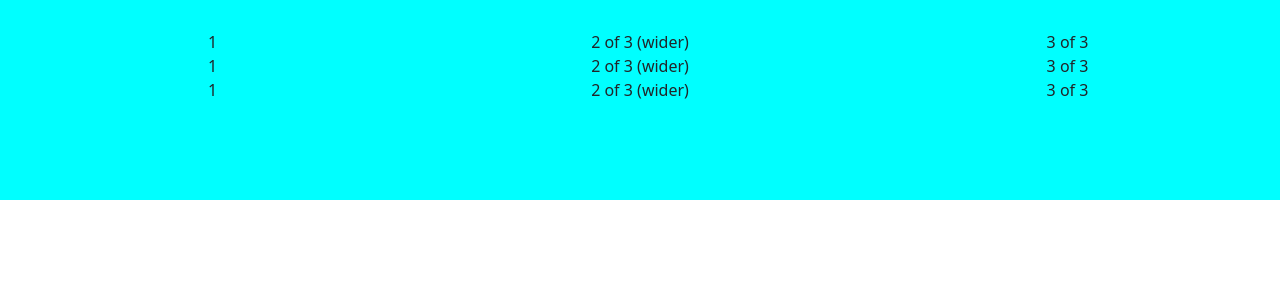
Repository: golddrone7/front
Page: http://localhost/project03/naver/index.jsp
These files come from the project's save history. The page is drawn as it stood at one moment and after the next save; the edit follows.
The browser window is 1280 px wide. The pictures show the whole page.
The page is served by Tomcat 9.

Above is the page before, as saved 2023-02-28 06:59:01.

### project03/naver/index.jsp
<%@ page language="java" contentType="text/html; charset=UTF-8"
    pageEncoding="UTF-8"%>
<!DOCTYPE html>
<html>
<head>
<meta charset="UTF-8">
<title>Insert title here</title>
<link href="https://cdn.jsdelivr.net/npm/bootstrap@5.2.3/dist/css/bootstrap.min.css" rel="stylesheet">
<script src="https://cdn.jsdelivr.net/npm/bootstrap@5.2.3/dist/js/bootstrap.bundle.min.js" ></script>
<style type="text/css">
body {
	margin: 0px;
}
nav {
	background-color: aqua;
	height: 200px;
	width: 100%;
	padding: 30px;
}

div {
	overflow: hidden;
}
</style>
</head>
<body>
<nav>
<div class="container text-center">
  <div class="row">
    <div class="col">
      1
    </div>
    <div class="col-6">
      2 of 3 (wider)
    </div>
    <div class="col">
      3 of 3
    </div>
  </div>
    <div class="row">
    <div class="col">
      1
    </div>
    <div class="col-6">
      2 of 3 (wider)
    </div>
    <div class="col">
      3 of 3
    </div>
  </div>
    <div class="row">
    <div class="col">
      1
    </div>
    <div class="col-6">
      2 of 3 (wider)
    </div>
    <div class="col">
      3 of 3
    </div>
  </div>
</div>
</nav>



</body>
</html>

After the next save:
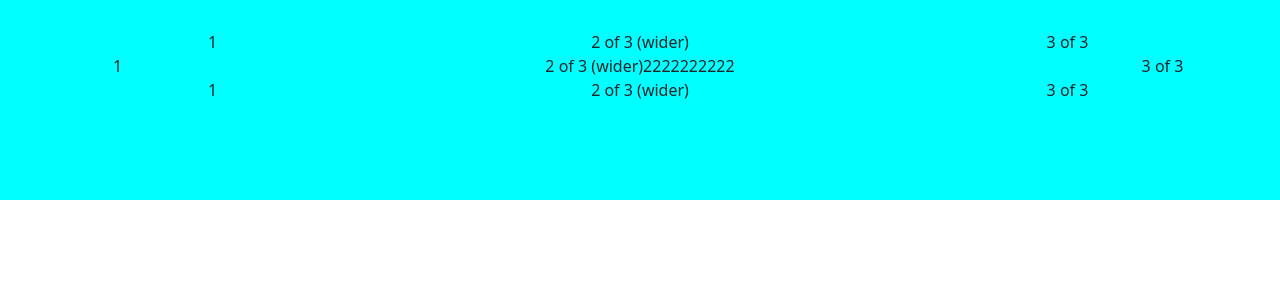
Saved 23 s later.
--- a/project03/naver/index.jsp
+++ b/project03/naver/index.jsp
@@ -41,8 +41,8 @@
     <div class="col">
       1
     </div>
-    <div class="col-6">
-      2 of 3 (wider)
+    <div class="col-10">
+      2 of 3 (wider)2222222222
     </div>
     <div class="col">
       3 of 3
